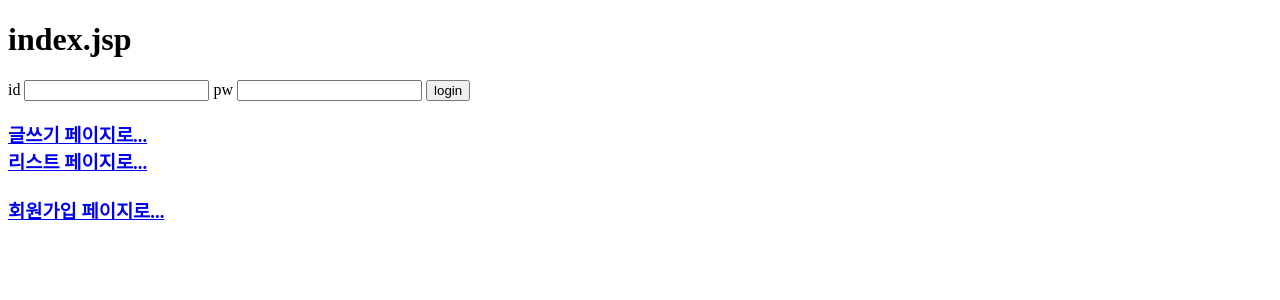
Repository: HaeunOh/study
Page: http://localhost/jsp_study/
These files come from the project's save history. The page is drawn as it stood at one moment and after the next save; the edit follows.
The browser window is 1280 px wide. The pictures show the whole page.
The page is served by Tomcat 9. Other server files are loaded and not shown.

Above is the page before, as saved 2024-04-15 01:37:46.

### _jsp_workspace/jsp_study/src/main/webapp/index.jsp
<%@ page language="java" contentType="text/html; charset=UTF-8"
    pageEncoding="UTF-8"%>
<!DOCTYPE html>
<html>
<head>
<meta charset="UTF-8">
<title>Insert title here</title>
</head>
<body>
<header>
	<!-- id <input type="text"> pw <input type="text"> <button>login</button>
	<span> id 님이 로그인하셨습니다. </span>
	<button> logout </button>
	<button> mypage </button> -->
	</header>
	<h1>index.jsp</h1>
	<form action="/memb/login" method="post"></form>
	id <input type="text" name="id"> pw <input type="text" name="pwd">
	<button type="login">login</button>

	<h3>
		<a href="/brd/register">글쓰기 페이지로...</a> <br>
		<a href="/brd/list">리스트 페이지로...</a> <br> <br>
		<a href="/memb/join">회원가입 페이지로...</a>
	</h3>
</body>
</html>

After the next save:
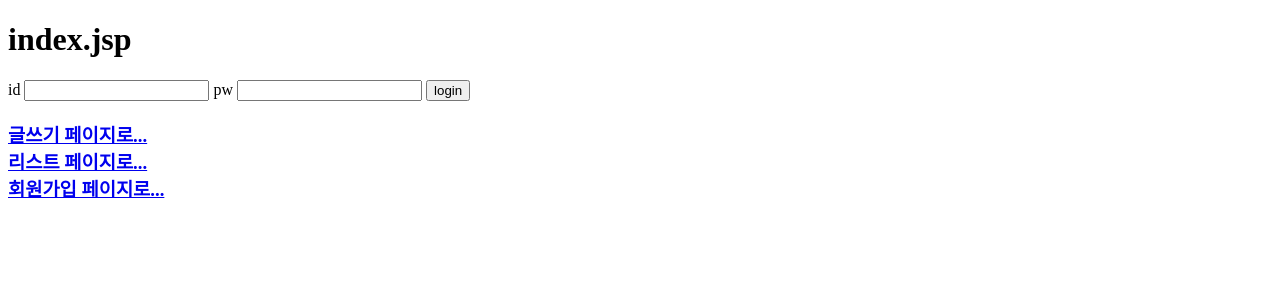
Saved 6 s later.
--- a/_jsp_workspace/jsp_study/src/main/webapp/index.jsp
+++ b/_jsp_workspace/jsp_study/src/main/webapp/index.jsp
@@ -20,7 +20,7 @@
 
 	<h3>
 		<a href="/brd/register">글쓰기 페이지로...</a> <br>
-		<a href="/brd/list">리스트 페이지로...</a> <br> <br>
+		<a href="/brd/list">리스트 페이지로...</a> <br>
 		<a href="/memb/join">회원가입 페이지로...</a>
 	</h3>
 </body>
